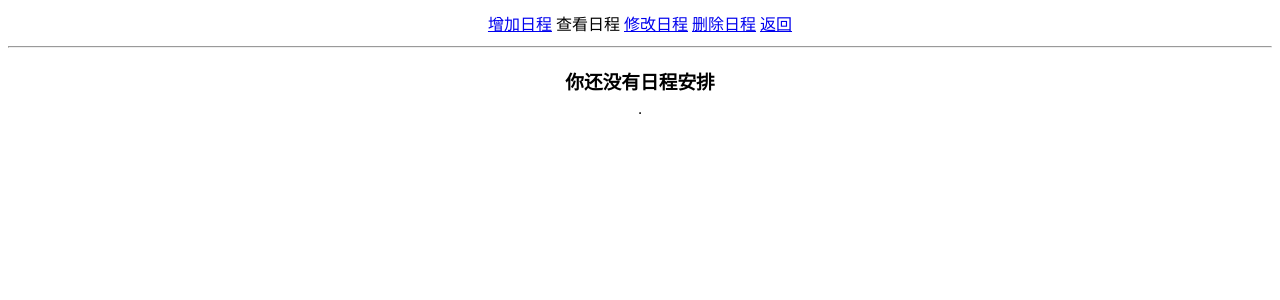
Repository: zy840055899/old-workspace
Page: http://localhost/PIMS/dateManager/lookDate.jsp
The author's editor kept a copy of each file at every save. The page is drawn from the files as they stood at one save, then again after the next save.
The browser window is 1280 px wide. The pictures show the whole page.
The page is served by Tomcat 9.

Above is the page before, as saved 2014-03-17 02:50:50.

After the next save:
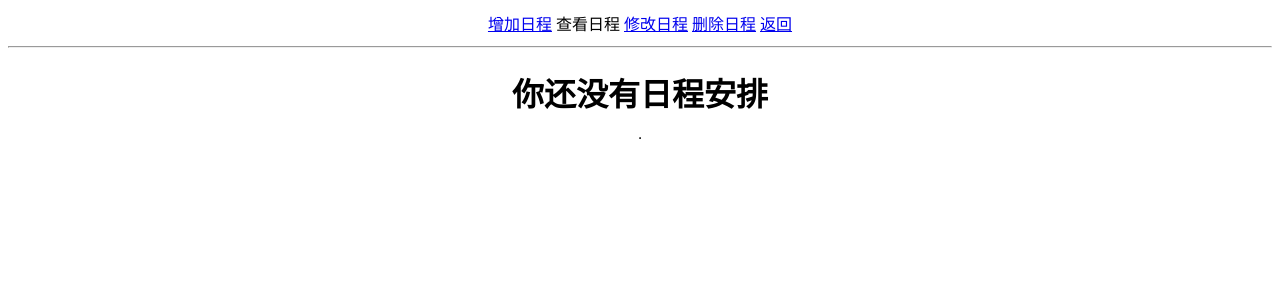
Saved 110 s later.
--- a/PIMS/WebContent/dateManager/lookDate.jsp
+++ b/PIMS/WebContent/dateManager/lookDate.jsp
@@ -34,7 +34,7 @@ ArrayList datelist = (ArrayList)session.getAttribute("datelist");
 if(datelist == null || datelist.size() == 0)
 {
 %>
-<h3>你还没有日程安排</h3>
+<h1>你还没有日程安排<h1>
 <%
 }
 else
